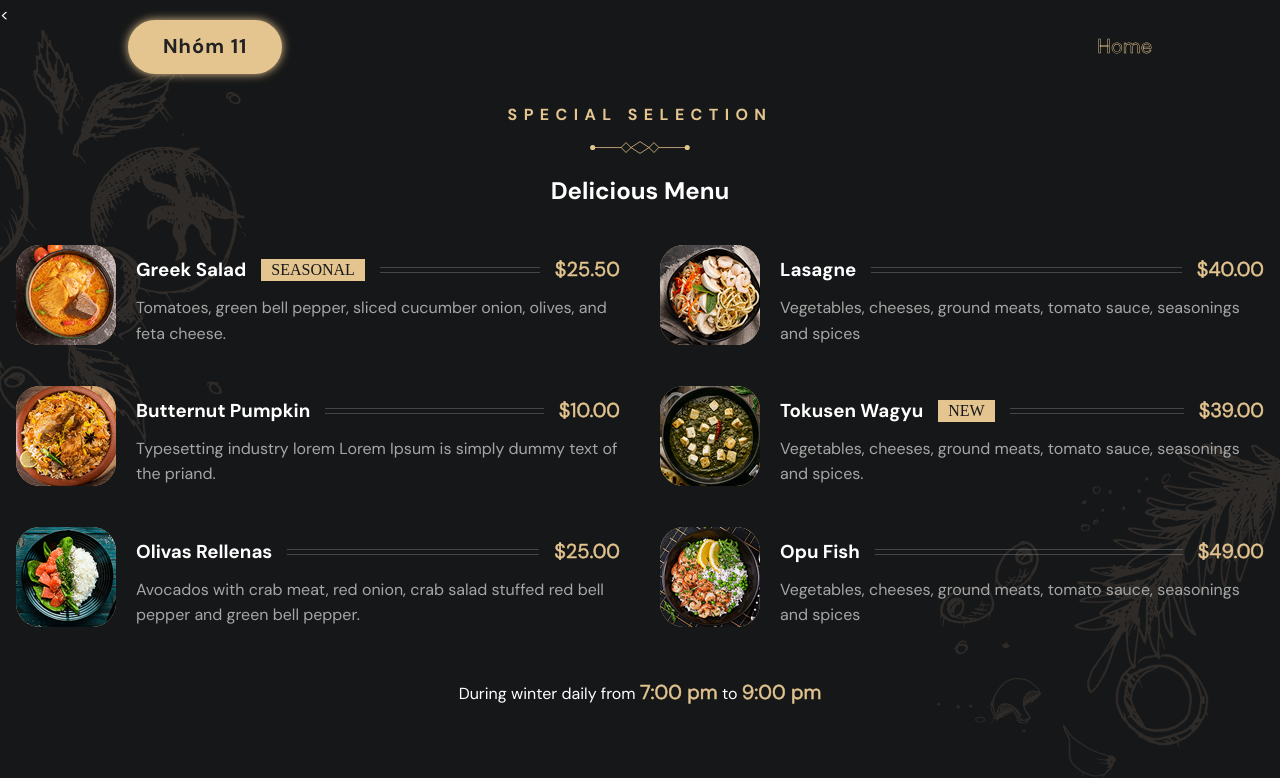
Repository: trungd0ngl3/nhom11-giaotiepnguoimay
Page: our chefs/our chefs.html
These files come from the project's save history. The page is drawn as it stood at one moment and after the next save; the edit follows.
The browser window is 1280 px wide. The pictures show the whole page.
Some web fonts or font styles are not loaded; a fallback is used.

Above is the page before, as saved 2023-12-28 01:22:15.

### our chefs/our chefs.html
<!DOCTYPE html>
<html lang="en">

<head>
  <meta charset="UTF-8">
  <meta http-equiv="X-UA-Compatible" content="IE=edge">
  <meta name="viewport" content="width=device-width, initial-scale=1.0">

  <!--
    - primary meta tags
  -->
  <title>Grilli - Amazing & Delicious Food</title>
  <meta name="title" content="Grilli - Amazing & Delicious Food">
  <meta name="description" content="This is a Restaurant html template made by codewithsadee">

  <!--
    - favicon
  -->
  <link rel="shortcut icon" href="./favicon.svg" type="image/svg+xml">

  <!--
    - google font link
  -->
  <link rel="preconnect" href="https://fonts.googleapis.com">
  <link rel="preconnect" href="https://fonts.gstatic.com" crossorigin>
  <link href="https://fonts.googleapis.com/css2?family=DM+Sans:wght@400;700&family=Forum&display=swap" rel="stylesheet">

  <!--
    - custom css link
  -->
  <link rel="stylesheet" href="./assets/css/style.css">
</head>
<
  <header class="header">
    <a href="/our chefs/our chefs.html" class="logo">Nhóm 11</a>
    <li><a class="span" href="/index.html">Home</a></li>
  </header>

  <section class="section menu" aria-label="menu-label" id="menu">
    <div class="container">

      <p class="section-subtitle text-center label-2">Special Selection</p>

      <h2 class="headline-1 section-title text-center">Delicious Menu</h2>

      <ul class="grid-list">

        <li>
          <div class="menu-card hover:card">

            <figure class="card-banner img-holder" style="--width: 100; --height: 100;">
              <img src="./assets/images/menu-1.png" width="100" height="100" loading="lazy" alt="Greek Salad"
                class="img-cover">
            </figure>

            <div>

              <div class="title-wrapper">
                <h3 class="title-3">
                  <a href="#" class="card-title">Greek Salad</a>
                </h3>

                <span class="badge label-1">Seasonal</span>

                <span class="span title-2">$25.50</span>
              </div>

              <p class="card-text label-1">
                Tomatoes, green bell pepper, sliced cucumber onion, olives, and feta cheese.
              </p>

            </div>

          </div>
        </li>

        <li>
          <div class="menu-card hover:card">

            <figure class="card-banner img-holder" style="--width: 100; --height: 100;">
              <img src="./assets/images/menu-2.png" width="100" height="100" loading="lazy" alt="Lasagne"
                class="img-cover">
            </figure>

            <div>

              <div class="title-wrapper">
                <h3 class="title-3">
                  <a href="#" class="card-title">Lasagne</a>
                </h3>

                <span class="span title-2">$40.00</span>
              </div>

              <p class="card-text label-1">
                Vegetables, cheeses, ground meats, tomato sauce, seasonings and spices
              </p>

            </div>

          </div>
        </li>

        <li>
          <div class="menu-card hover:card">

            <figure class="card-banner img-holder" style="--width: 100; --height: 100;">
              <img src="./assets/images/menu-3.png" width="100" height="100" loading="lazy" alt="Butternut Pumpkin"
                class="img-cover">
            </figure>

            <div>

              <div class="title-wrapper">
                <h3 class="title-3">
                  <a href="#" class="card-title">Butternut Pumpkin</a>
                </h3>

                <span class="span title-2">$10.00</span>
              </div>

              <p class="card-text label-1">
                Typesetting industry lorem Lorem Ipsum is simply dummy text of the priand.
              </p>

            </div>

          </div>
        </li>

        <li>
          <div class="menu-card hover:card">

            <figure class="card-banner img-holder" style="--width: 100; --height: 100;">
              <img src="./assets/images/menu-4.png" width="100" height="100" loading="lazy" alt="Tokusen Wagyu"
                class="img-cover">
            </figure>

            <div>

              <div class="title-wrapper">
                <h3 class="title-3">
                  <a href="#" class="card-title">Tokusen Wagyu</a>
                </h3>

                <span class="badge label-1">New</span>

                <span class="span title-2">$39.00</span>
              </div>

              <p class="card-text label-1">
                Vegetables, cheeses, ground meats, tomato sauce, seasonings and spices.
              </p>

            </div>

          </div>
        </li>

        <li>
          <div class="menu-card hover:card">

            <figure class="card-banner img-holder" style="--width: 100; --height: 100;">
              <img src="./assets/images/menu-5.png" width="100" height="100" loading="lazy" alt="Olivas Rellenas"
                class="img-cover">
            </figure>

            <div>

              <div class="title-wrapper">
                <h3 class="title-3">
                  <a href="#" class="card-title">Olivas Rellenas</a>
                </h3>

                <span class="span title-2">$25.00</span>
              </div>

              <p class="card-text label-1">
                Avocados with crab meat, red onion, crab salad stuffed red bell pepper and green bell pepper.
              </p>

            </div>

          </div>
        </li>

        <li>
          <div class="menu-card hover:card">

            <figure class="card-banner img-holder" style="--width: 100; --height: 100;">
              <img src="./assets/images/menu-6.png" width="100" height="100" loading="lazy" alt="Opu Fish"
                class="img-cover">
            </figure>

            <div>

              <div class="title-wrapper">
                <h3 class="title-3">
                  <a href="#" class="card-title">Opu Fish</a>
                </h3>

                <span class="span title-2">$49.00</span>
              </div>

              <p class="card-text label-1">
                Vegetables, cheeses, ground meats, tomato sauce, seasonings and spices
              </p>

            </div>

          </div>
        </li>

      </ul>

      <p class="menu-text text-center">
        During winter daily from <span class="span">7:00 pm</span> to <span class="span">9:00 pm</span>
      </p>

      <img src="./assets/images/shape-1.png" width="921" height="1036" loading="lazy" alt="shape"
        class="shape shape-2 move-anim">
      <img src="./assets/images/shape-2.png" width="343" height="345" loading="lazy" alt="shape"
        class="shape shape-3 move-anim">

    </div>
  </section>



</body>
</html>

### our chefs/assets/css/style.css

:root {

  /**
   * COLORS
   */

  --gold-crayola: hsl(38, 61%, 73%);
  --quick-silver: hsla(0, 0%, 65%, 1);
  --davys-grey: hsla(30, 3%, 34%, 1);
  --smoky-black-1: hsla(40, 12%, 5%, 1);
  --smoky-black-2: hsla(30, 8%, 5%, 1);
  --smoky-black-3: hsla(0, 3%, 7%, 1);
  --eerie-black-1: hsla(210, 4%, 9%, 1);
  --eerie-black-2: hsla(210, 4%, 11%, 1);
  --eerie-black-3: hsla(180, 2%, 8%, 1);
  --eerie-black-4: hsla(0, 0%, 13%, 1);
  --white: hsla(0, 0%, 100%, 1);
  --white-alpha-20: hsla(0, 0%, 100%, 0.2);
  --white-alpha-10: hsla(0, 0%, 100%, 0.1);
  --black: hsla(0, 0%, 0%, 1);
  --black-alpha-80: hsla(0, 0%, 0%, 0.8);
  --black-alpha-15: hsla(0, 0%, 0%, 0.15);

  /**
   * GRADIENT COLOR
   */

  --loading-text-gradient: linear-gradient(90deg, transparent 0% 16.66%, var(--smoky-black-3) 33.33% 50%,  transparent 66.66% 75%);
  --gradient-1: linear-gradient(to top,hsla(0, 0%, 0%, 0.9),hsla(0, 0%, 0%, 0.7),transparent);

  /**
   * TYPOGRAPHY
   */

  /* font-family */
  --fontFamily-forum: 'Forum', cursive;
  --fontFamily-dm_sans: 'DM Sans', sans-serif;

  /* font-size */
  --fontSize-display-1: calc(1.3rem + 6.7vw);
  --fontSize-headline-1: calc(2rem + 2.5vw);
  --fontSize-headline-2: calc(1.3rem + 2.4vw);
  --fontSize-title-1: calc(1.6rem + 1.2vw);
  --fontSize-title-2: 2.2rem;
  --fontSize-title-3: 2.1rem;
  --fontSize-title-4: calc(1.6rem + 1.2vw);
  --fontSize-body-1: 2.4rem;
  --fontSize-body-2: 1.6rem;
  --fontSize-body-3: 1.8rem;
  --fontSize-body-4: 1.6rem;
  --fontSize-label-1: 1.4rem;
  --fontSize-label-2: 1.2rem;

  /* font-weight */
  --weight-regular: 400;
  --weight-bold: 700;

  /* line-height */
  --lineHeight-1: 1em;
  --lineHeight-2: 1.2em;
  --lineHeight-3: 1.5em;
  --lineHeight-4: 1.6em;
  --lineHeight-5: 1.85em;
  --lineHeight-6: 1.4em;

  /* letter-spacing */
  --letterSpacing-1: 0.15em;
  --letterSpacing-2: 0.4em;
  --letterSpacing-3: 0.2em;
  --letterSpacing-4: 0.3em;
  --letterSpacing-5: 3px;

  /**
   * SPACING
   */

  --section-space: 70px;

  /**
   * SHADOW
   */

  --shadow-1: 0px 0px 25px 0px hsla(0, 0%, 0%, 0.25);

  /**
   * BORDER RADIUS
   */

  --radius-24: 24px;
  --radius-circle: 50%;

  /**
   * TRANSITION
   */

  --transition-1: 250ms ease;
  --transition-2: 500ms ease;
  --transition-3: 1000ms ease;

}





/*-----------------------------------*\
  #RESET
\*-----------------------------------*/

*,
*::before,
*::after {
  margin: 0;
  padding: 0;
  box-sizing: border-box;
}

li { list-style: none; }

a,
img,
data,
span,
input,
button,
select,
ion-icon,
textarea { display: block; }

a {
  color: inherit;
  text-decoration: none;
}

img { height: auto; }

input,
button,
select,
textarea {
  background: none;
  border: none;
  font: inherit;
}

input,
select,
textarea {
  width: 100%;
  outline: none;
}

button { cursor: pointer; }

address { font-style: normal; }

html {
  font-size: 10px;
  scroll-behavior: smooth;
}
body {
  background-color: var(--eerie-black-1);
  color: var(--white);
  font-family: var(--fontFamily-dm_sans);
  font-size: var(--fontSize-body-4);
  font-weight: var(--weight-regular);
  line-height: var(--lineHeight-5);
  overflow:scroll ;
  height: 95vh;
}

body.loaded { overflow: overlay; }

body.nav-active { overflow: hidden; }

::-webkit-scrollbar { width: 5px; }

::-webkit-scrollbar-track { background-color: transparent; }

::-webkit-scrollbar-thumb { background-color: var(--gold-crayola); }

/*-----------------------------------*\
  #REUSED STYLE
\*-----------------------------------*/


.container { padding-inline: 16px; }

.separator {
  width: 8px;
  height: 8px;
  border: 1px solid var(--gold-crayola);
  transform: rotate(45deg);
}

.contact-label { font-weight: var(--weight-bold); }

.contact-number {
  color: var(--gold-crayola);
  max-width: max-content;
  margin-inline: auto;
}

.hover-underline {
  position: relative;
  max-width: max-content;
}

.hover-underline::after {
  content: "";
  position: absolute;
  left: 0;
  bottom: 0;
  width: 100%;
  height: 5px;
  border-block: 1px solid var(--gold-crayola);
  transform: scaleX(0.2);
  opacity: 0;
  transition: var(--transition-2);
}

.hover-underline:is(:hover, :focus-visible)::after {
  transform: scaleX(1);
  opacity: 1;
}

.contact-number::after { bottom: -5px; }

.text-center { text-align: center; }

.img-cover {
  width: 100%;
  height: 100%;
  object-fit: cover;
}

.section-subtitle {
  position: relative;
  color: var(--gold-crayola);
  font-weight: var(--weight-bold);
  text-transform: uppercase;
  letter-spacing: var(--letterSpacing-2);
  margin-block-end: 12px;
}

.section-subtitle::after {
  content: url('../images/separator.svg');
  display: block;
  width: 100px;
  margin-inline: auto;
  margin-block-start: 5px;
}

.btn {
  position: relative;
  color: var(--gold-crayola);
  font-size: var(--fontSize-label-2);
  font-weight: var(--weight-bold);
  text-transform: uppercase;
  letter-spacing: var(--letterSpacing-5);
  max-width: max-content;
  border: 2px solid var(--gold-crayola);
  padding: 12px 45px;
  overflow: hidden;
  z-index: 1;
}

.btn::before {
  content: "";
  position: absolute;
  bottom: 100%;
  left: 50%;
  transform: translateX(-50%);
  width: 200%;
  height: 200%;
  border-radius: var(--radius-circle);
  background-color: var(--gold-crayola);
  transition: var(--transition-2);
  z-index: -1;
}

.btn .text { transition: var(--transition-1); }

.btn .text-2 {
  position: absolute;
  top: 100%;
  left: 50%;
  transform: translateX(-50%);
  min-width: max-content;
  color: var(--smoky-black-1);
}

.btn:is(:hover, :focus-visible)::before { bottom: -50%; }

.btn:is(:hover, :focus-visible) .text-1 { transform: translateY(-40px); }

.btn:is(:hover, :focus-visible) .text-2 {
  top: 50%;
  transform: translate(-50%, -50%);
}

.btn-secondary {
  background-color: var(--gold-crayola);
  color: var(--black);
}

.btn-secondary::before { background-color: var(--smoky-black-1); }

.btn-secondary .text-2 { color: var(--white); }

.has-before,
.has-after {
  position: relative;
  z-index: 1;
}

.has-before::before,
.has-after::after {
  content: "";
  position: absolute;
}

.section {
  position: relative;
  padding-block: var(--section-space);
  overflow: hidden;
  z-index: 1;
}

.bg-black-10 { background-color: var(--smoky-black-2); }

.grid-list {
  display: grid;
  gap: 40px;
}

.hover\:shine { position: relative; }

.hover\:shine::after {
  content: "";
  position: absolute;
  top: 0;
  left: 0;
  width: 50%;
  height: 100%;
  background-image: linear-gradient(to right, transparent 0%, #fff6 100%);
  transform: skewX(-0.08turn) translateX(-180%);
}

.hover\:shine:is(:hover, :focus-within)::after {
  transform: skewX(-0.08turn) translateX(275%);
  transition: var(--transition-3);
}

.img-holder {
  aspect-ratio: var(--width) / var(--height);
  overflow: hidden;
  background-color: var(--eerie-black-4);
}

.btn-text {
  color: var(--gold-crayola);
  padding-block-end: 4px;
  margin-inline: auto;
  text-transform: uppercase;
  letter-spacing: var(--letterSpacing-3);
  font-weight: var(--weight-bold);
  transition: var(--transition-1);
}

.btn-text:is(:hover, :focus-visible) { color: var(--white); }

.shape {
  display: none;
  position: absolute;
  max-width: max-content;
  z-index: -1;
}

.w-100 { width: 100%; }

.move-anim { animation: move 5s linear infinite; }

@keyframes move {
  0%,
  100% { transform: translateY(0); }

  50% { transform: translateY(30px); }
}

.has-bg-image {
  background-repeat: no-repeat;
  background-size: cover;
  background-position: center;
}

.input-field {
  background-color: var(--eerie-black-2);
  color: var(--white);
  height: 56px;
  padding: 10px 20px;
  border: 1px solid var(--white-alpha-10);
  margin-block-end: 20px;
  outline: none;
  transition: border-color var(--transition-2);
}

.input-field::placeholder { color: inherit; }

.input-field:focus { border-color: var(--gold-crayola); }

.icon-wrapper {
  position: relative;
  margin-block-end: 20px;
}

.icon-wrapper .input-field {
  margin-block-end: 0;
  padding-inline-start: 40px;
  appearance: none;
  cursor: pointer;
}

.icon-wrapper ion-icon {
  position: absolute;
  top: 50%;
  transform: translateY(-50%);
  font-size: 1.4rem;
  --ionicon-stroke-width: 50px;
  pointer-events: none;
}

.icon-wrapper ion-icon:first-child { left: 15px; }

.icon-wrapper ion-icon:last-child { right: 10px; }




/*-----------------------------------*\
  #MENU
\*-----------------------------------*/

.menu .section-title { margin-block-end: 40px; }

.menu .grid-list { margin-block-end: 50px; }

.menu-card {
  display: flex;
  align-items: flex-start;
  gap: 20px;
}

.hover\:card .card-banner { background-color: var(--gold-crayola); }

.hover\:card .card-banner .img-cover { transition: var(--transition-2); }

.hover\:card:is(:hover, :focus-within) .card-banner .img-cover {
  opacity: 0.7;
  transform: scale(1.05);
}

.menu-card .card-banner {
  flex-shrink: 0;
  border-radius: var(--radius-24);
}

.menu-card .card-title { transition: var(--transition-1); }

.menu-card .card-title:is(:hover, :focus-visible) { color: var(--gold-crayola); }

.menu-card .badge {
  background-color: var(--gold-crayola);
  color: var(--eerie-black-1);
  font-family: var(--fontFamily-forum);
  max-width: max-content;
  line-height: var(--lineHeight-6);
  text-transform: uppercase;
  padding-inline: 10px;
  margin-block-start: 10px;
}

.menu-card .span {
  color: var(--gold-crayola);
  margin-block: 10px;
}

.menu-card .card-text {
  color: var(--quick-silver);
  line-height: var(--lineHeight-4);
}

.menu-text .span {
  display: inline-block;
  color: var(--gold-crayola);
}

.menu .btn {
  margin-inline: auto;
  margin-block-start: 26px;
}

.menu .shape {
  display: block;
  width: 7  0%;
}

.menu .shape-2 {
  top: 0;
  left: 0;
}

.menu .shape-3 {
  bottom: 0;
  right: 0;
}





/*-----------------------------------*\
  #BACK TO TOP
\*-----------------------------------*/

.back-top-btn {
  position: fixed;
  bottom: 20px;
  right: 20px;
  background-color: var(--gold-crayola);
  color: var(--smoky-black-1);
  font-size: 22px;
  width: 50px;
  height: 50px;
  border-radius: var(--radius-circle);
  display: grid;
  place-items: center;
  box-shadow: var(--shadow-1);
  transition: var(--transition-1);
  opacity: 0;
  visibility: hidden;
  z-index: 4;
}

.back-top-btn:is(:hover, :focus-visible) {
  background-color: var(--white);
  color: var(--gold-crayola);
}

.back-top-btn.active {
  opacity: 1;
  visibility: visible;
}




/*-----------------------------------*\
  #MEDIA QUERIES
\*-----------------------------------*/

/**
 * responsive for larger than 575px screen
 */

@media (min-width: 575px) {

  /**
   * CUSTOM PROPERTY
   */

  :root {

    /**
     * typography
     */

    --fontSize-body-2: 2rem;

  }



  /**
   * REUSED STYLE
   */

  :is(.service, .about) .section-text {
    max-width: 420px;
    margin-inline: auto;
  }

  .contact-number { --fontSize-body-1: 3rem; }



  /**
   * TOPBAR
   */

  .topbar {
    display: block;
    position: fixed;
    top: 0;
    left: 0;
    width: 100%;
    padding-block: 10px;
    border-block-end: 1px solid var(--white-alpha-20);
    z-index: 4;
    transition: var(--transition-1);
  }

  .topbar:has(~ .header.active) { transform: translateY(-100%); }

  .topbar-item:not(.link),
  .topbar .separator { display: none; }

  .topbar .container,
  .topbar-item {
    display: flex;
    align-items: center;
  }

  .topbar .container {
    justify-content: center;
    gap: 30px;
  }

  .topbar-item { gap: 6px; }

  .topbar-item ion-icon { --ionicon-stroke-width: 60px; }

  .topbar-item .span { font-size: var(--fontSize-label-1); }

  .topbar .link { transition: var(--transition-1); }

  .topbar .link:is(:hover, :focus-visible) { color: var(--gold-crayola); }



  /**
   * HEADER
   */

  .header { top: 51px; }

  .header.active { top: 0; }

  .header .btn {
    display: block;
    margin-inline-start: auto;
  }



  /**
   * HERO
   */

  .hero-btn { transform: scale(0.7); }



  /**
   * SERVICE
   */

  .service .container {
    max-width: 420px;
    margin-inline: auto;
  }



  /**
   * ABOUT
   */

  .about .container { gap: 80px; }

  .about-banner > .w-100 { padding-inline-start: 90px; }

  .about .abs-img-1 { width: 285px; }

  .about .contact-number { --fontSize-body-1: 2.4rem; }





  /**
   * MENU
   */

  .menu-card .title-wrapper {
    display: flex;
    justify-content: flex-start;
    align-items: center;
    gap: 15px;
  }

  .menu-card .badge { margin-block-start: 0; }

  .menu-card .span {
    flex-grow: 1;
    display: flex;
    align-items: center;
    gap: 15px;
    position: relative;
  }

  .menu-card .span::before {
    content: "";
    height: 6px;
    flex-grow: 1;
    border-block: 1px solid var(--white-alpha-20);
  }



  /**
   * EVENT
   */

  .event .container {
    max-width: 420px;
    margin-inline: auto;
  }



  /**
   * FOOTER
   */

  .footer-brand > * {
    max-width: 460px;
    margin-inline: auto;
  }

  .footer .input-wrapper { position: relative; }

  .footer .input-field {
    margin-block-end: 0;
    padding-inline-end: 205px;
  }

  .footer-brand .btn {
    position: absolute;
    top: 0;
    right: 0;
    bottom: 0;
    min-width: max-content;
  }

}





/**
 * responsive for larger than 768px screen
 */

@media (min-width: 768px) {

  /**
   * REUSED STYLE
   */

  .grid-list { grid-template-columns: 1fr 1fr; }

  :is(.service, .event) .container { max-width: 820px; }

  :is(.service, .event) .grid-list li:last-child {
    grid-column: 1 / 3;
    width: calc(50% - 20px);
    margin-inline: auto;
  }



  /**
   * HEADER
   */

  .navbar-list { margin-inline: 30px; }
}
.span{
 font-size: 20px;
 color: transparent;
 -webkit-text-stroke: .5px hsl(38, 61%, 73%);
}
.header{
  position: fixed;
  top: 0;
  left: 0;
  width: 100%;
  padding: 20px 10%;
  background: transparent;
  display: flex;
  justify-content: space-between;
  align-items: center;
  z-index: 100;
 }

 .logo{
  font-size: 25px;
  text-decoration: none;
  font-weight: 700;
  padding: 12px 35px;
  background: hsl(38, 61%, 73%);
  border-radius: 80px;
  font-size: 20px;
  color: #222222;
  text-decoration: none;
  font-weight: 600;
  letter-spacing: 1px;
  box-shadow: 0 0 10px hsl(38, 61%, 73%);
  transition: .5s;
 }

After the next save:
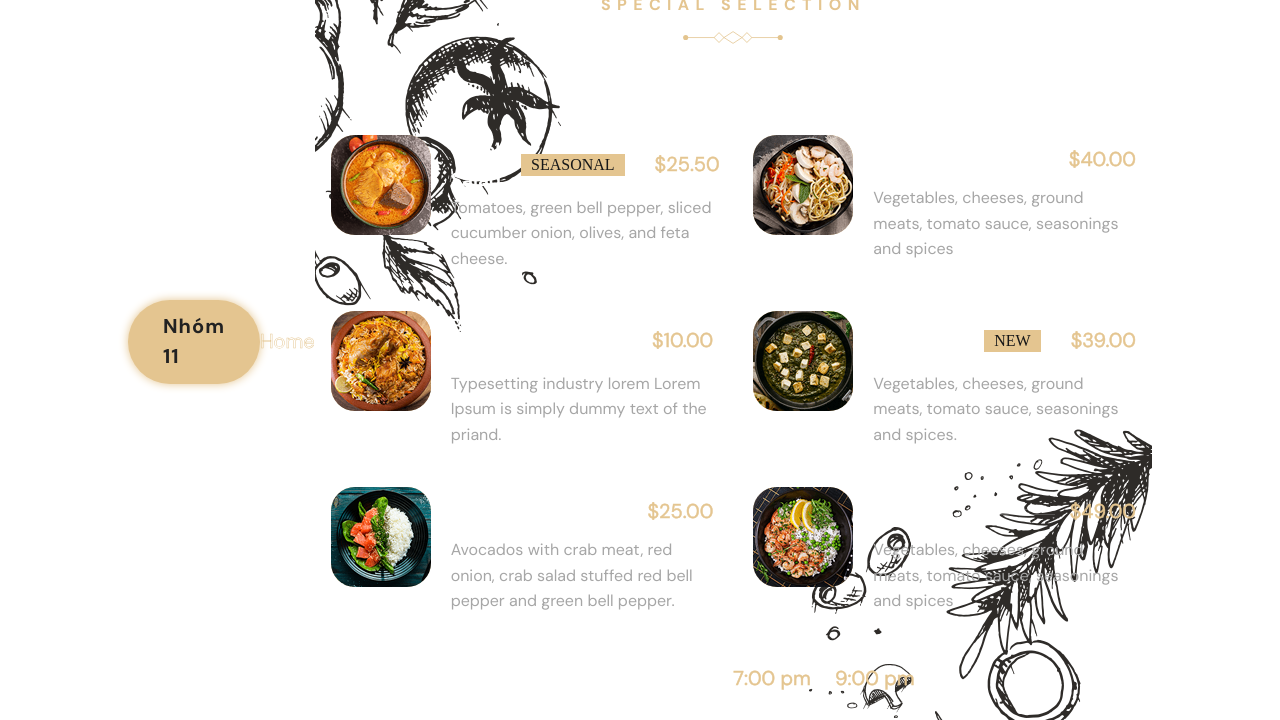
Saved 6 s later.
--- a/our chefs/our chefs.html
+++ b/our chefs/our chefs.html
@@ -30,7 +30,7 @@
   -->
   <link rel="stylesheet" href="./assets/css/style.css">
 </head>
-<
+<body
   <header class="header">
     <a href="/our chefs/our chefs.html" class="logo">Nhóm 11</a>
     <li><a class="span" href="/index.html">Home</a></li>
